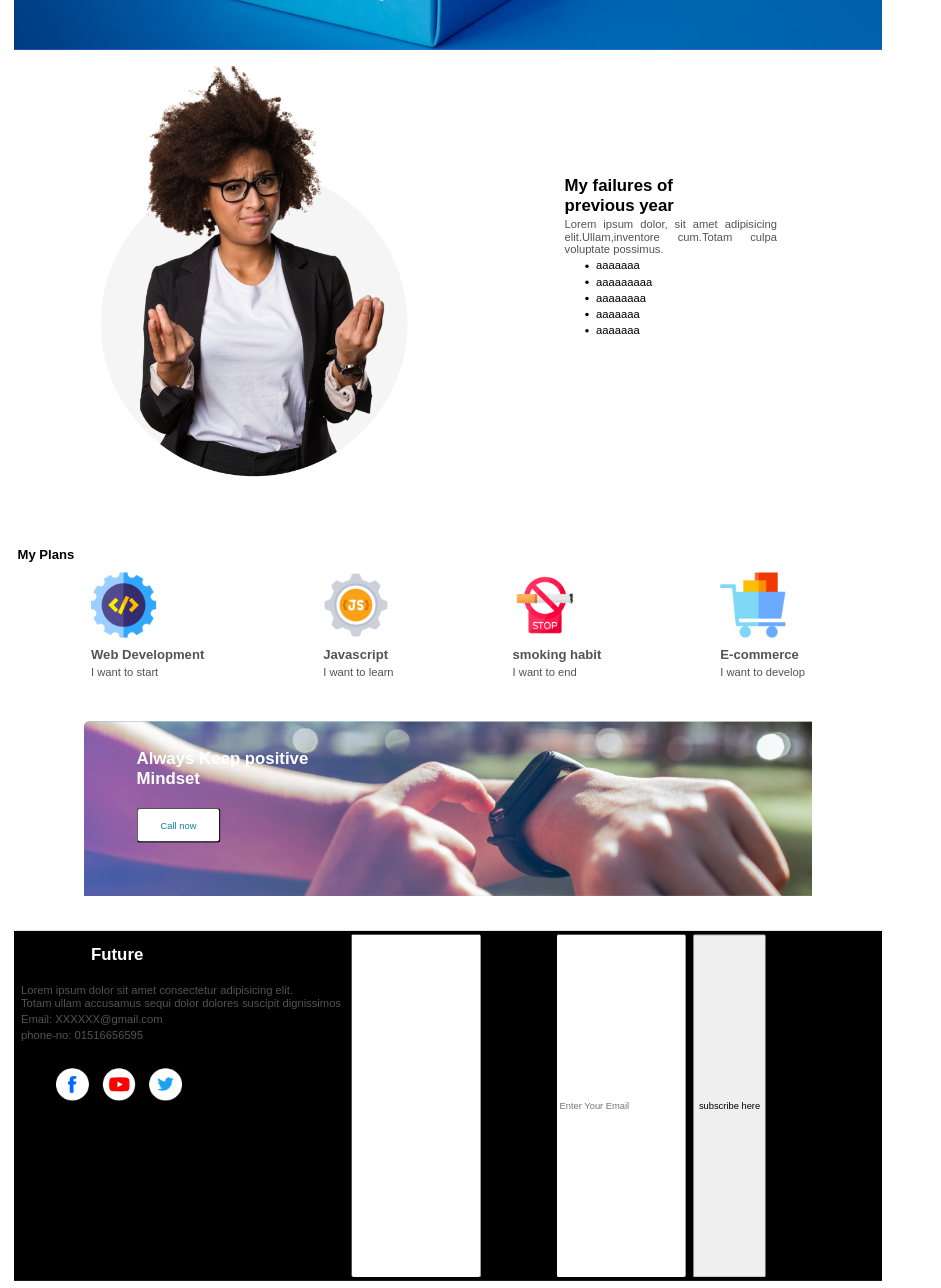
Repository: sadiaafsana138/All-Thinks-Are-Possible-Website
Page: index.html
An editor plug-in stored every save of this project. The page is shown before and after the next save, followed by the edit.
The browser window is 1280 px wide. The page is 1344 px wide, so the pictures cover 1344 px, including what lies to the right of the window. The pictures show the part of the page from y = 747 to 2587 px (the page is 2587 px tall), at 70% of full size.

Above is the page before, as saved 2023-01-08 13:40:40.

### index.html
<!DOCTYPE html>
<html lang="en">

<head>
    <meta charset="UTF-8">
    <meta http-equiv="X-UA-Compatible" content="IE=edge">
    <meta name="viewport" content="width=device-width, initial-scale=1.0">
    <title>First Website</title>
    <link rel="stylesheet" href="styles/web.css">
</head>

<body>
    <!-- header -->
    <header>
        <section class="section1">
            <div>
                <h1 id="head-text1">
                    All Thinks Are<br>Possible If You<br>believe
                </h1>
                <p id="head-text2">Lorem ipsum dolor sit consectetur adipisicing<br>elit.Veritatis quisquam
                    necessitatibus <br>quod rem vel modi laboriosam doloribus<br>laborum dolorem?
                </p>
                <button id="button1">
                    Contact Us
                </button>
            </div>
        </section>
    </header>
    <main>
        <!--second section-->
        <section class="section2">
            <div id="sec2details">
                <img id="sec2img" src="images/person.png" alt="person">
                <div id="sec2text">
                    <h2>
                        My failures of <br>
                        previous year
                    </h2>
                    <p>Lorem ipsum dolor, sit amet adipisicing
                        elit.Ullam,inventore cum.Totam culpa voluptate possimus.
                    <ul>
                        <li>aaaaaaa</li>
                        <li>aaaaaaaaa</li>
                        <li>aaaaaaaa</li>
                        <li>aaaaaaa</li>
                        <li>aaaaaaa</li>
                    </ul>
                    </p>
                </div>
            </div>
        </section>

        <!--section 3-->
        <section class="section3">
            <h3>
                My Plans
            </h3>
            <div id="sec3details">

                <div>
                    <img src="images/icons/web.png" alt="" class="center"><br>
                    <H3>Web Development</H3>
                    <p>I want to start</p>
                </div>
                <div>
                    <img src="images/icons/js.png" alt="" class="center"><br>
                    <H3>Javascript</H3>
                    <p>I want to learn</p>
                </div>
                <div>
                    <img src="images/icons/smoke.png" alt="" class="center"><br>
                    <H3>smoking habit</H3>
                    <p>I want to end</p>
                </div>
                <div>
                    <img src="images/icons/ecom.png" alt="" class="center"><br>
                    <H3>E-commerce</H3>
                    <p>I want to develop</p>
                </div>
            </div>
            <div id="mindset">

                <div id="mindsetxt">
                    <h1>Always Keep positive
                        <br>Mindset
                    </h1><br>
                    <button id="button2">Call now</button>
                </div>
            </div>
        </section>

    </main>
    <footer>
        <Section class="Footer">
            <div id="footerdetails">
                <h2>Future</h2><br>
                <p>Lorem ipsum dolor sit amet consectetur adipisicing elit.<br>Totam ullam accusamus sequi dolor dolores
                    suscipit dignissimos
                </p>
                <p>Email: XXXXXX@gmail.com</p>
                <P>phone-no: 01516656595</P><br>
                <ul>
                    <li><img src="images/icons/fb.png" alt=""></li>
                    <li><img src="images/icons/youtube.png" alt=""></li>
                    <li><img src="images/icons/twitter.png" alt=""></li>
                </ul>
            </div>
            <input>
            <h3>subscribe</h3><br>
            <input type="email" placeholder="Enter Your Email">

            <br>
            <button>subscribe here</button>
            </div>
        </Section>
    </footer>
</body>

</html>

### styles/web.css
*{
margin: 5px 5px ;
font-family: Arial, Helvetica, sans-serif;
}
.section1{
    background-image:url(../images/banner/banner3.png);
    height: 808px;
    width:cover;
    background-repeat: no-repeat;
    background-color: blue;

}
#head-text1{
    color: white;
    padding-left: 50% ;
    padding-right:5%;
    padding-top: 20%;
    text-align: right;
    Font-style: Bold;
}
#head-text2{
    color: white;
    padding-left: 50% ;
    padding-right:5%;
    text-align: right;
}
#button1{
    margin-top: 10px;
    width: 160px;
    height: 56px;
    left: 640px;
    top: 438px;
    text-align: center;
    align-items: right;
    background: white;
    border-radius: 5px;
    margin-right: 150px;
    margin-left: 82%;
    align-content: right;
}
#sec2details{
    display: flex;
    width: 1000px;
    height: 700px;
    margin-left: 100px;
    margin-right: 100px;
}
#sec2img{
    align-items: center;

    margin-bottom:20%;
    height: 600px;
    width: 500px;
}
#sec2text{
        text-align: justify;
        margin-left:20%;
        margin-top: 17%;
        margin-bottom: 20%;
}

#sec3details h3,p{

   color:rgb(88, 81, 81)
}

#sec3details{
    display: flex;
    justify-content: space-between;
    margin-left: 100px;
    margin-right: 100px;
}
#mindset{
    margin-left: 100px;
    margin-right: 100px;
    background-image: url(../images/gradient1.png) ,url(../images/watch.png);
    background-repeat: no-repeat, repeat;
    background-blend-mode:lighten;
    height: 250px;
}
#mindsetxt h1{
    text-align: left;
    margin-left: 70px;
    margin-top: 50px;
    padding-top: 40px;
    color: white;
}
#button2{
    margin-top: 5px;
    width: 120px;
    height: 50px;
    text-align: center;
    align-items: left;
    background: white;
    border-radius: 5px;
    margin-left: 70px;
    align-content:left;
    color: rgb(20, 124, 165);

}
.Footer{
    margin-top: 50px;
    height: 500px;
    width: cover;
    background-color: black;
    display: flex;
}
#footerdetails h2{
    padding-top: 10px;
    color: white;
    text-align:left;
    padding-left: 100px;
}
#footerdetails ul{
    display: flex;

}

After the next save:
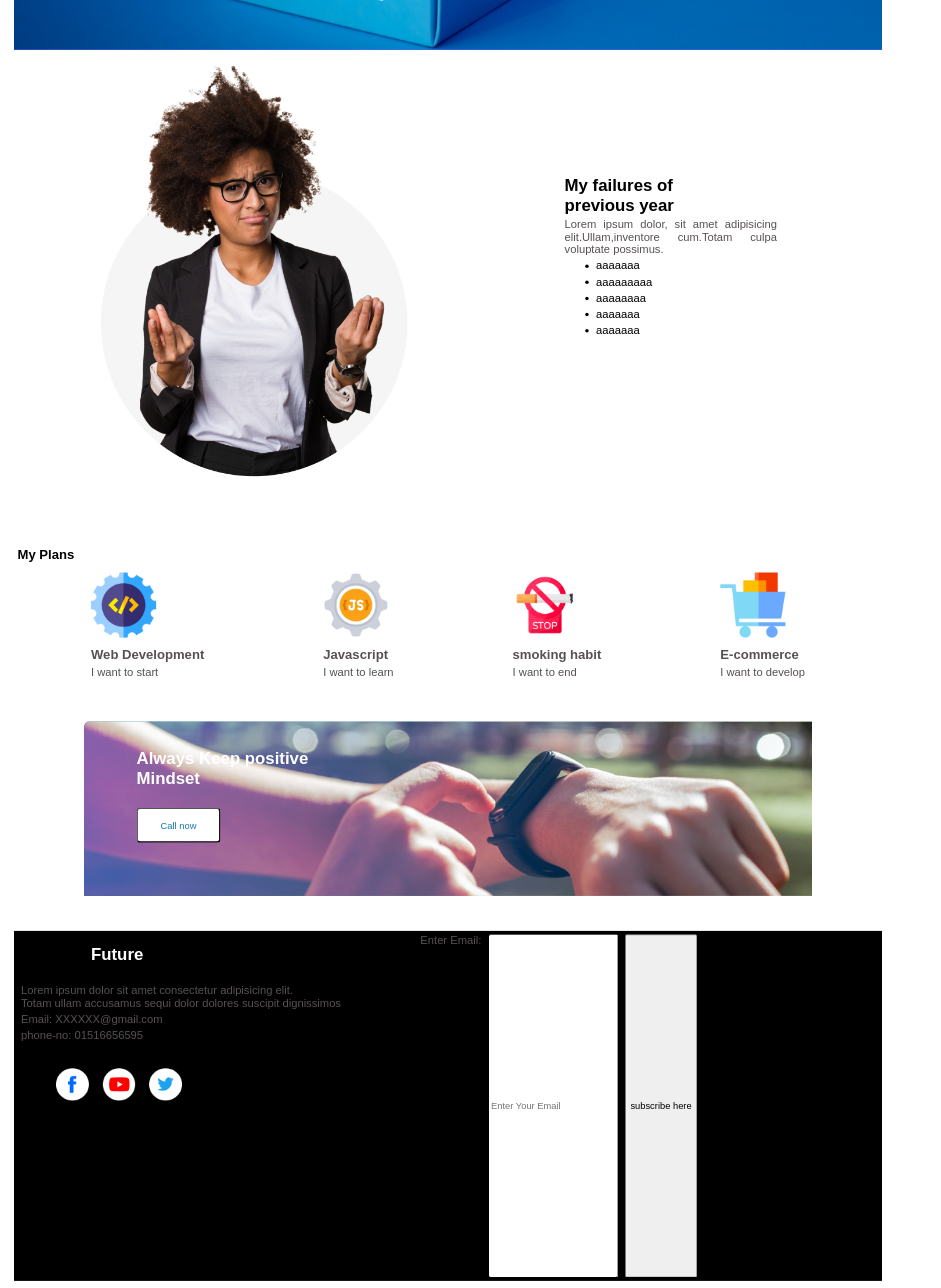
Saved 7 min 58 s later.
--- a/index.html
+++ b/index.html
@@ -36,9 +36,9 @@
                         My failures of <br>
                         previous year
                     </h2>
-                    <p>Lorem ipsum dolor, sit amet adipisicing
+                    <p class="text2">Lorem ipsum dolor, sit amet adipisicing
                         elit.Ullam,inventore cum.Totam culpa voluptate possimus.
-                    <ul>
+                    <ul class="text2">
                         <li>aaaaaaa</li>
                         <li>aaaaaaaaa</li>
                         <li>aaaaaaaa</li>
@@ -58,24 +58,24 @@
             <div id="sec3details">
 
                 <div>
-                    <img src="images/icons/web.png" alt="" class="center"><br>
+                    <img src="images/icons/web.png" alt="" ><br>
                     <H3>Web Development</H3>
-                    <p>I want to start</p>
+                    <p class="text3">I want to start</p>
                 </div>
                 <div>
-                    <img src="images/icons/js.png" alt="" class="center"><br>
+                    <img src="images/icons/js.png" alt="" ><br>
                     <H3>Javascript</H3>
-                    <p>I want to learn</p>
+                    <p class="text3">I want to learn</p>
                 </div>
                 <div>
-                    <img src="images/icons/smoke.png" alt="" class="center"><br>
+                    <img src="images/icons/smoke.png" alt="" ><br>
                     <H3>smoking habit</H3>
-                    <p>I want to end</p>
+                    <p class="text3">I want to end</p>
                 </div>
                 <div>
-                    <img src="images/icons/ecom.png" alt="" class="center"><br>
+                    <img src="images/icons/ecom.png" alt="" ><br>
                     <H3>E-commerce</H3>
-                    <p>I want to develop</p>
+                    <p class="text3">I want to develop</p>
                 </div>
             </div>
             <div id="mindset">
@@ -94,19 +94,19 @@
         <Section class="Footer">
             <div id="footerdetails">
                 <h2>Future</h2><br>
-                <p>Lorem ipsum dolor sit amet consectetur adipisicing elit.<br>Totam ullam accusamus sequi dolor dolores
+                <p class="text4">Lorem ipsum dolor sit amet consectetur adipisicing elit.<br>Totam ullam accusamus sequi dolor dolores
                     suscipit dignissimos
                 </p>
-                <p>Email: XXXXXX@gmail.com</p>
-                <P>phone-no: 01516656595</P><br>
+                <p class="text4">Email: XXXXXX@gmail.com</p>
+                <P class="text4">phone-no: 01516656595</P><br>
                 <ul>
                     <li><img src="images/icons/fb.png" alt=""></li>
                     <li><img src="images/icons/youtube.png" alt=""></li>
                     <li><img src="images/icons/twitter.png" alt=""></li>
                 </ul>
             </div>
-            <input>
             <h3>subscribe</h3><br>
+            <p>Enter Email:</p>
             <input type="email" placeholder="Enter Your Email">
 
             <br>
